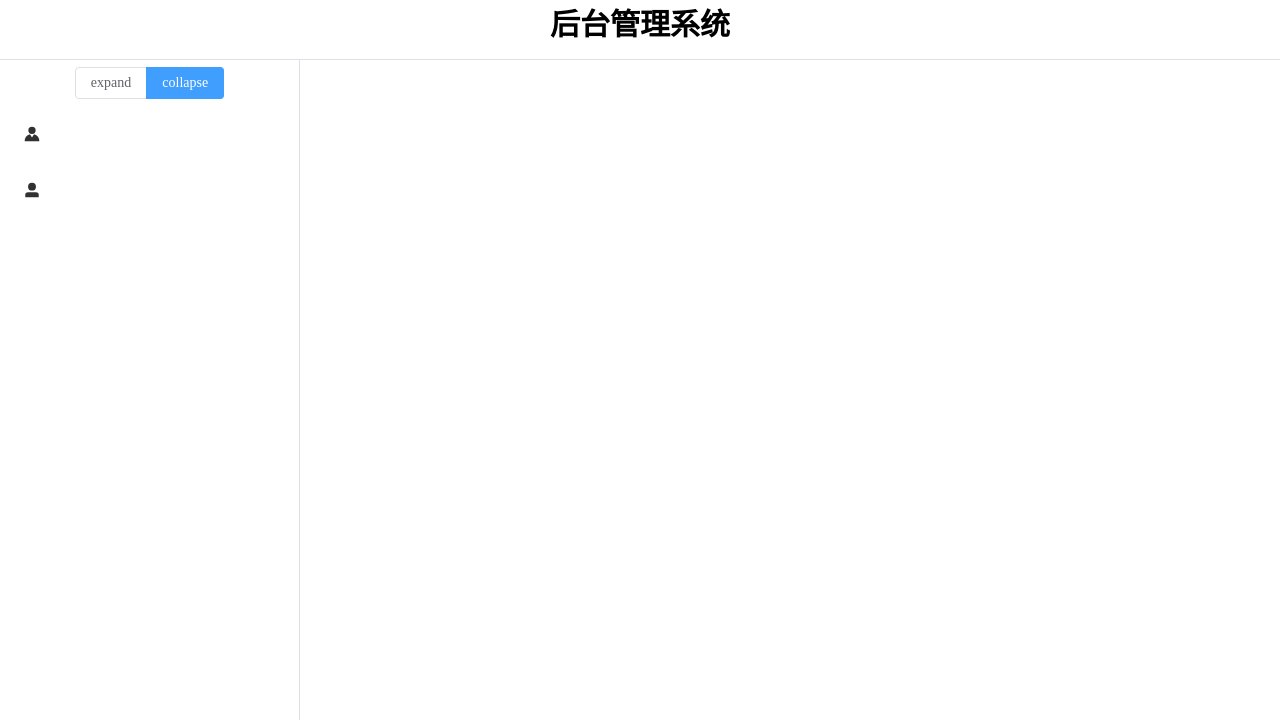
Repository: LdoIt/backstage-management-system
Page: /#/home (app in backstage-management-system-vue3/)
These files come from the project's save history. The page is drawn as it stood at one moment and after the next save; the edit follows.
The browser window is 1280 px wide. The pictures show the whole page.
The project was rebuilt for these pictures with package versions that can differ from the ones it lists, and the page was loaded fresh each time. Also part of the build but not shown: backstage-management-system-vue3/vue.config.js.

Above is the page before, as saved 2023-04-23 09:40:28.

After the next save:
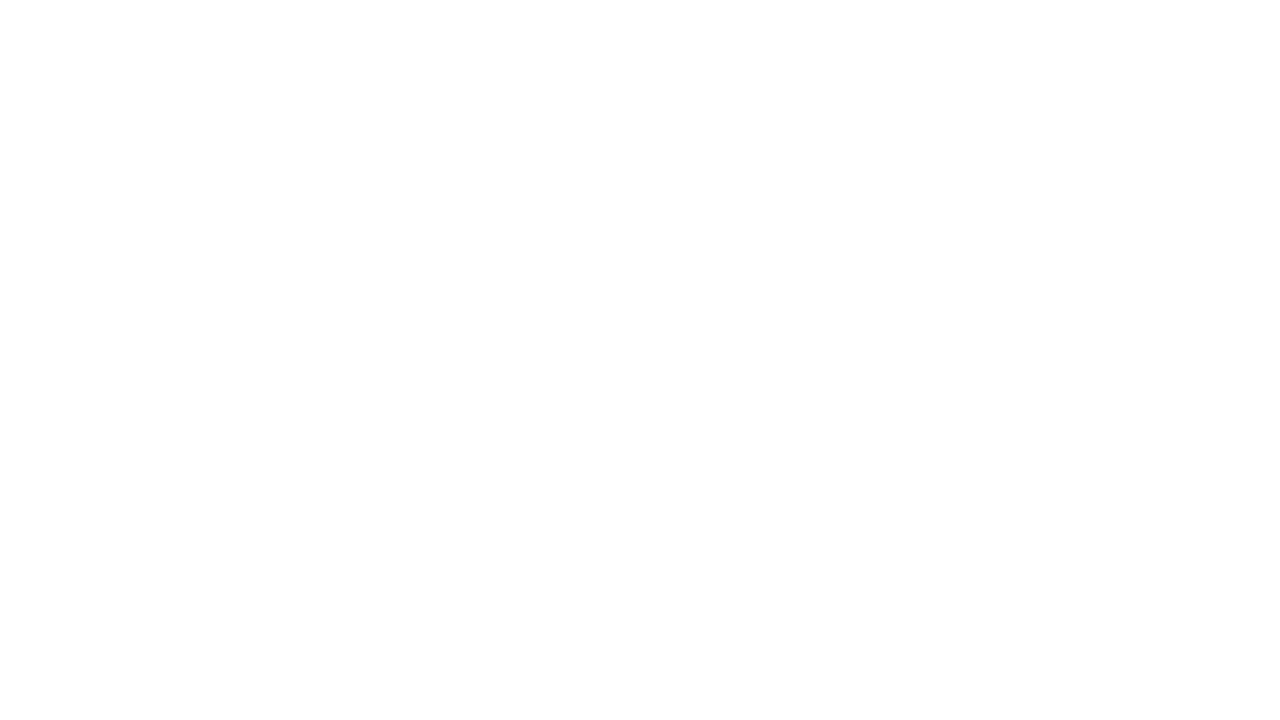
Console error: TypeError: Cannot read properties of undefined (reading 'commit')
Saved 3 h 34 min later.
--- a/backstage-management-system-vue3/src/pages/Home.vue
+++ b/backstage-management-system-vue3/src/pages/Home.vue
@@ -40,9 +40,10 @@
 </template>
 
 <script setup>
-import { ref  } from 'vue'
+import { ref } from 'vue'
+import {useStore} from 'vuex'
 // 使用store
-import store from '../store'
+const store = useStore()
 store.commit('increment', 2)
 console.log(store.state.count);
 console.log(store.getters.countStr);

After the 2 saves that followed:
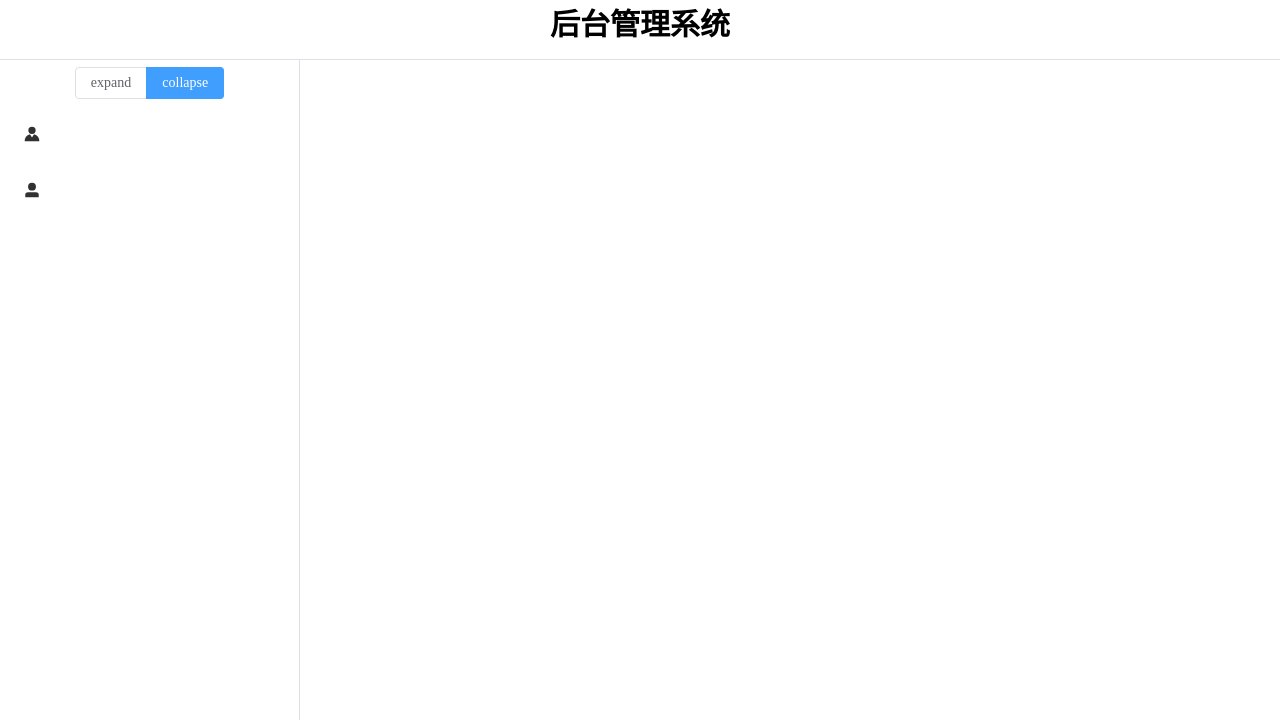
The error is gone.
The 2 saves are shown as one change because 1 left the picture as it was.
The last was saved 5 min 19 s later.
--- a/backstage-management-system-vue3/src/pages/Home.vue
+++ b/backstage-management-system-vue3/src/pages/Home.vue
@@ -41,9 +41,8 @@
 
 <script setup>
 import { ref } from 'vue'
-import {useStore} from 'vuex'
-// 使用store
-const store = useStore()
+// 引入用store
+import store from '../store'
 store.commit('increment', 2)
 console.log(store.state.count);
 console.log(store.getters.countStr);
